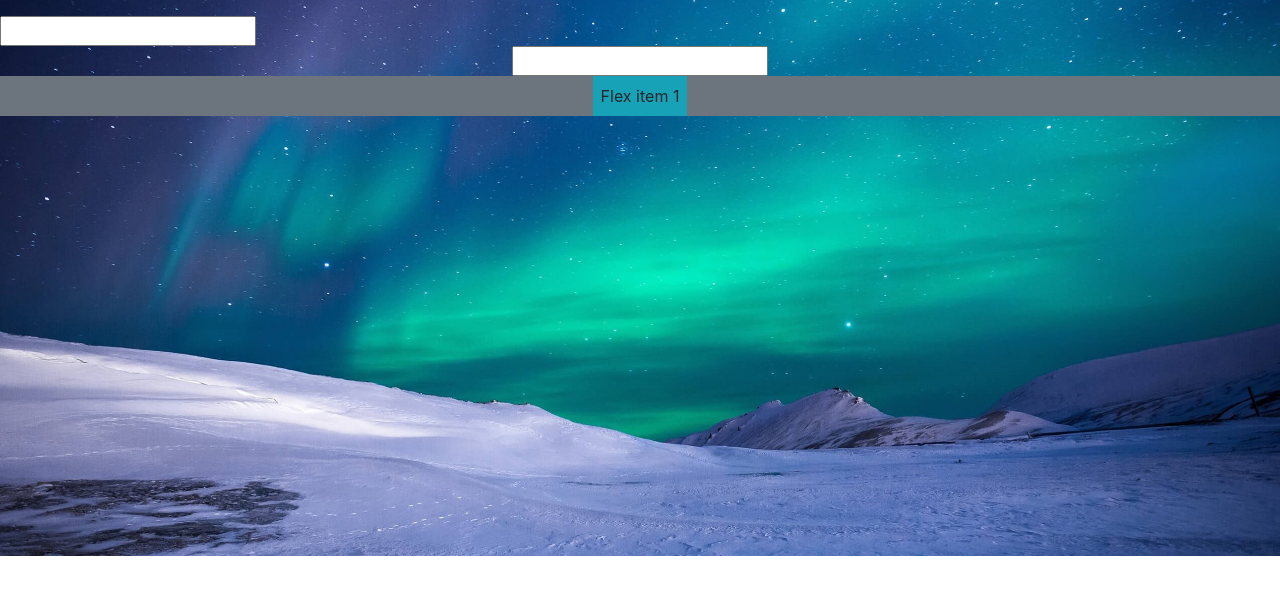
Repository: DHUAVH/Blog
Page: test/test.html
These files come from the project's save history. The page is drawn as it stood at one moment and after the next save; the edit follows.
The browser window is 1280 px wide. The pictures show the whole page.
Some web libraries are served in a nearby version.

Above is the page before, as saved 2020-11-29 17:02:18.

After the next save:
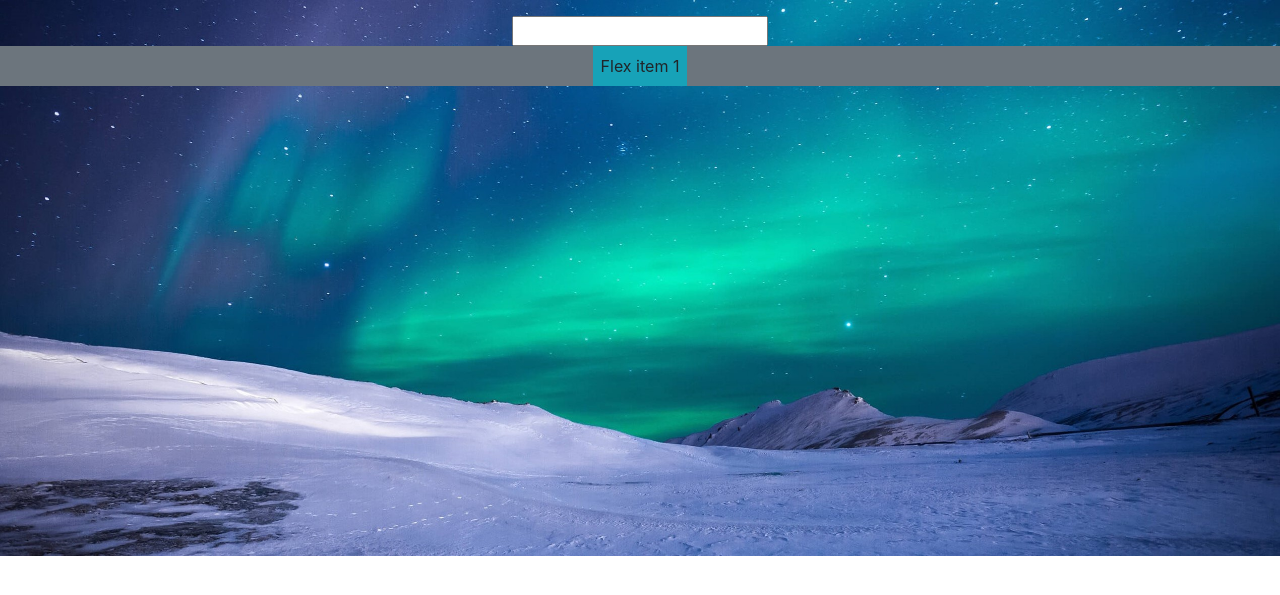
Saved 40 s later.
--- a/test/test.html
+++ b/test/test.html
@@ -21,7 +21,6 @@
 
 <body class="background">
    <div class="d-flex align-content-center bg-secondary mb-3"></div>
-      <input type="text">
       <div class="d-flex justify-content-center">
          <input type="text">
       </div>
